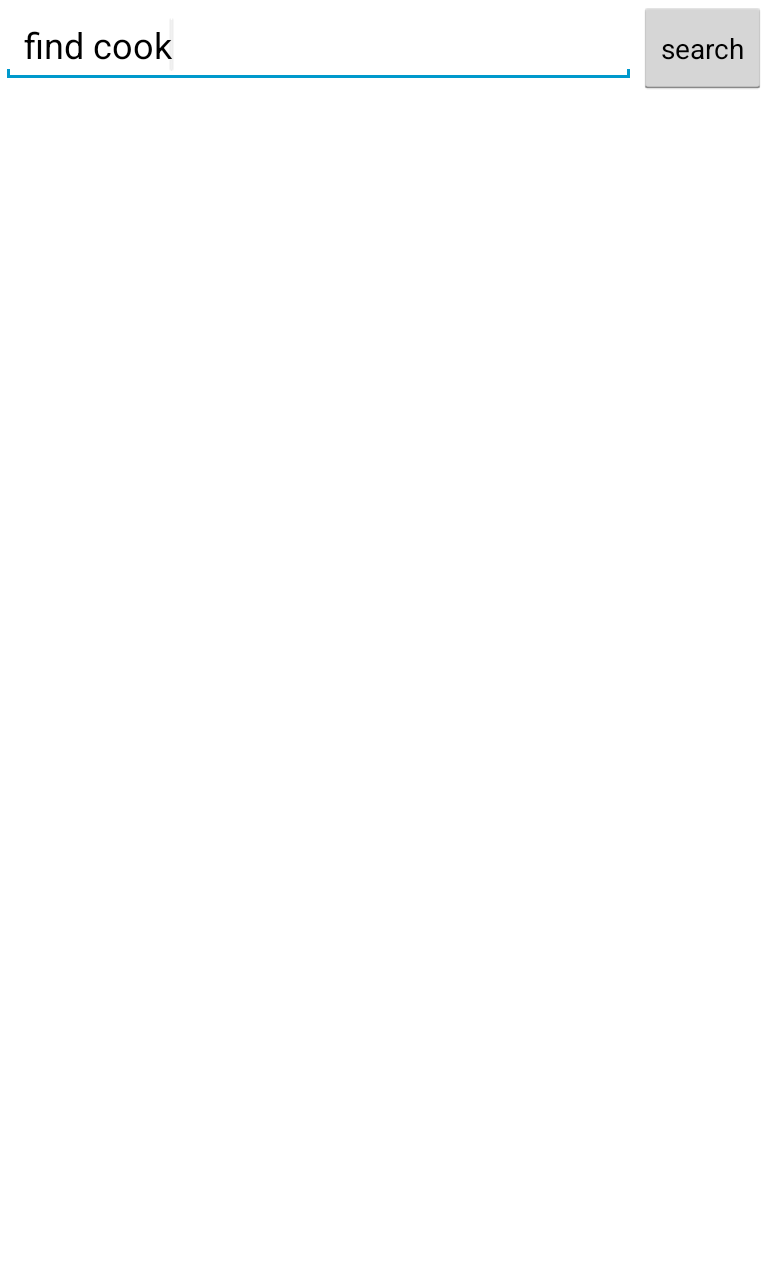
Repository: KnightFreedom/cookcook
Layout: client/CookCook/res/layout/browse_activity.xml
An editor plug-in stored every save of this project. The layout is shown before and after the next save, followed by the edit.
It is drawn on a 768 x 1280 px phone screen (xhdpi) without system bars, with theme AppTheme; the app's code is not run.

Above is the layout before, as saved 2017-05-11 10:19:23.

After the next save:
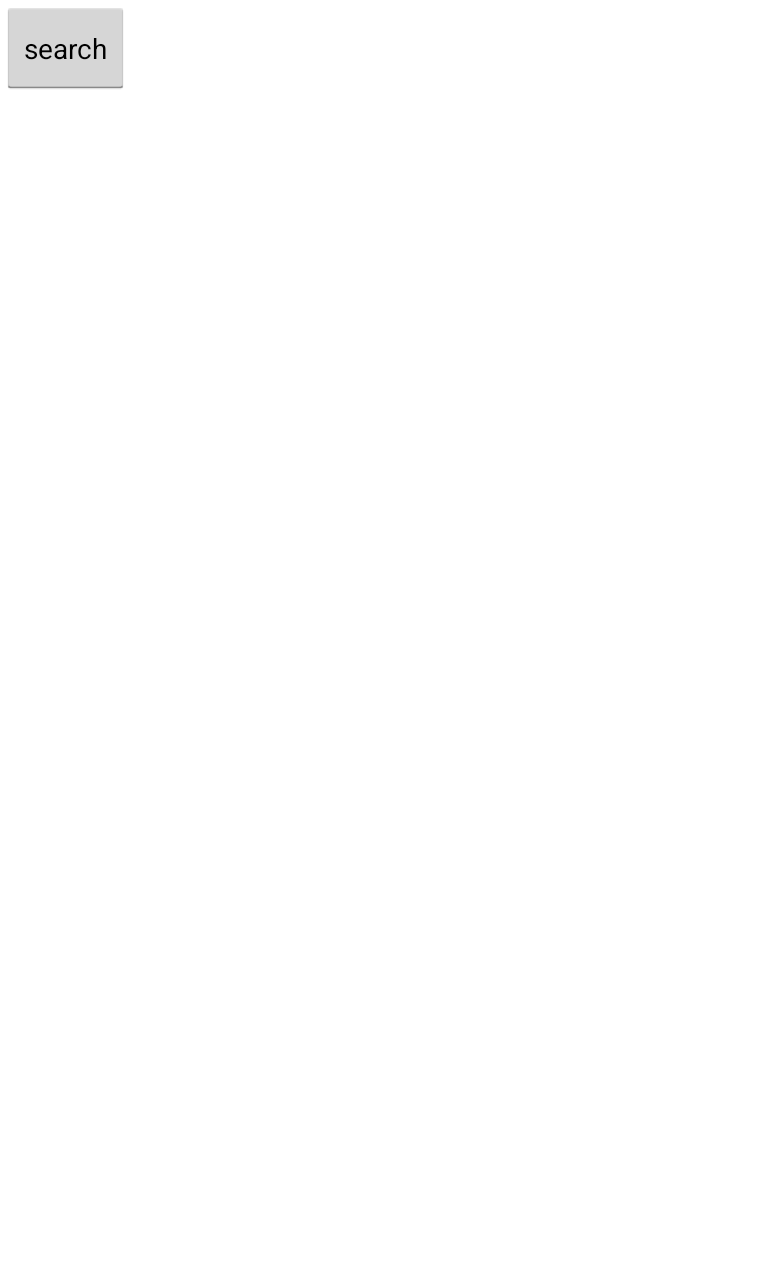
Saved 4 s later.
--- a/client/CookCook/res/layout/browse_activity.xml
+++ b/client/CookCook/res/layout/browse_activity.xml
@@ -13,7 +13,7 @@
             android:id="@+id/searchTxt"
             android:layout_width="0dp"
             android:layout_height="wrap_content"
-            android:layout_weight="45"
+            android:layout_weight="wrap_content"
             android:ems="10"
             android:text="find cook" >
 
